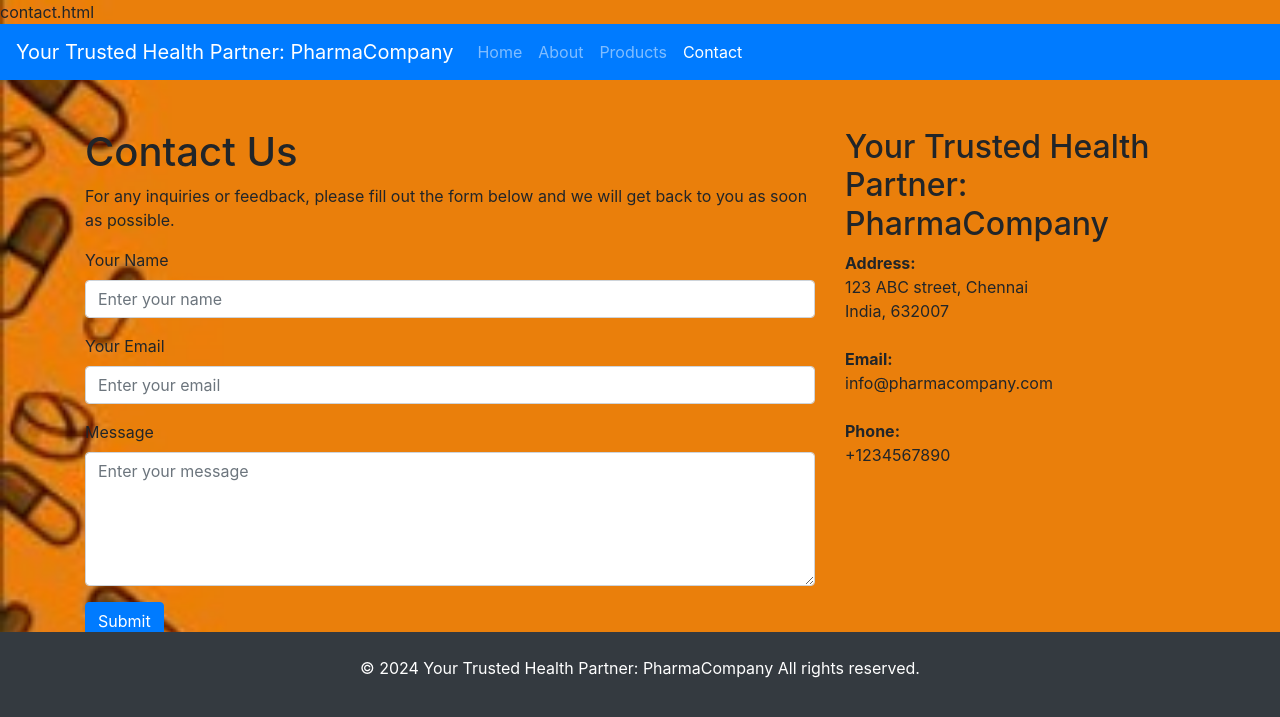
Repository: Oviya24032K6/Pharma
Page: oviya/pharmapp/static/contact.html
The author's editor kept a copy of each file at every save. The page is drawn from the files as they stood at one save, then again after a run of saves.
The browser window is 1280 px wide. The pictures show the whole page.

Above is the page before, as saved 2024-05-06 23:30:08.

After the next 5 saves:
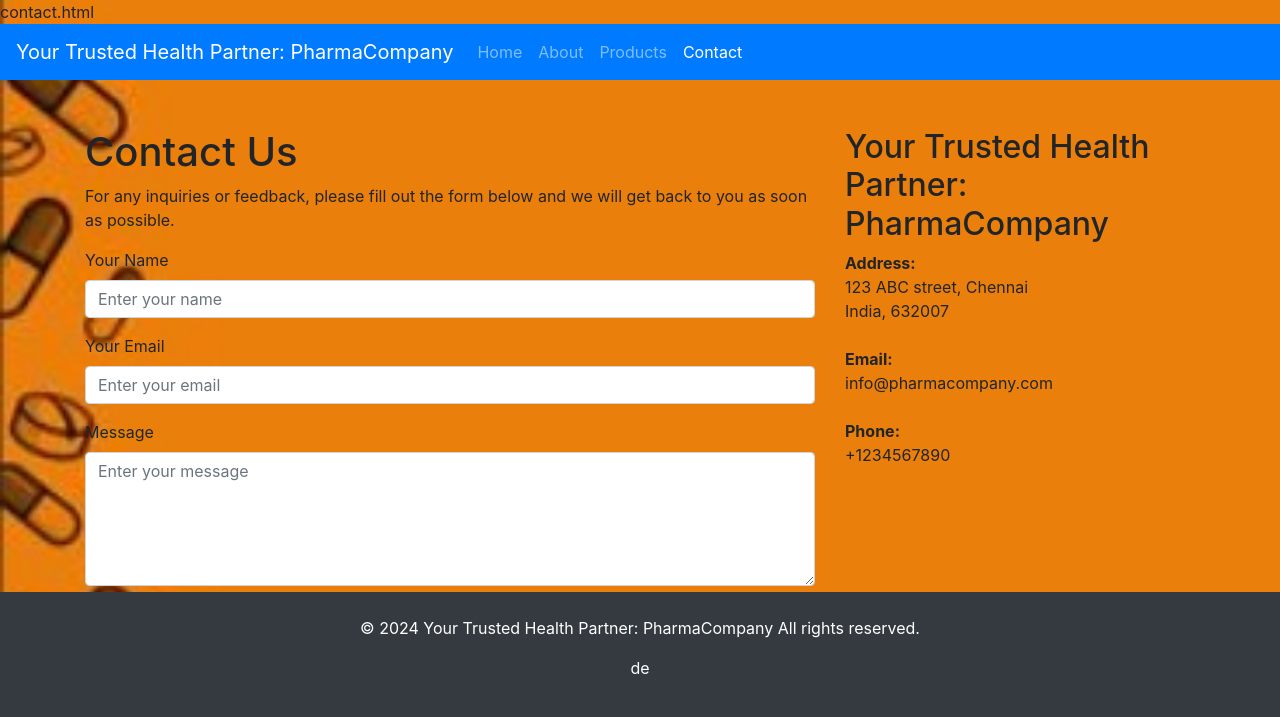
The 5 saves are shown as one change because they came seconds apart.
The last was saved 21 s later.
--- a/oviya/pharmapp/static/contact.html
+++ b/oviya/pharmapp/static/contact.html
@@ -94,6 +94,7 @@ contact.html
   <!-- Footer -->
   <footer class="bg-dark text-white text-center py-4 mt-5">
     <p>&copy; 2024 Your Trusted Health Partner: PharmaCompany All rights reserved.</p>
+    <p>de</p>
   </footer>
 
   <!-- Bootstrap JS -->
